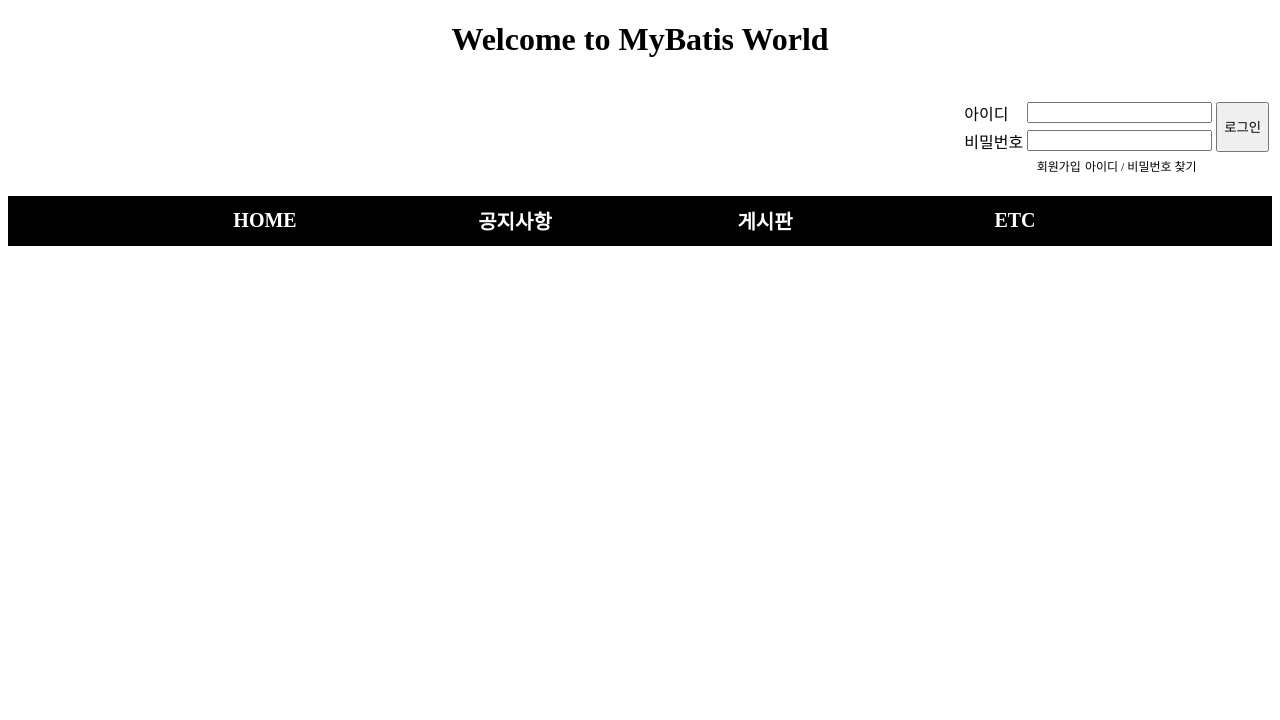
Repository: kimalbab/07_mybatis
Page: http://localhost/mybatisProject/enrollForm.me
An editor plug-in stored every save of this project. The page is shown before and after the next save, followed by the edit.
The browser window is 1280 px wide. The pictures show the whole page.
The page is served by Tomcat 9.

Above is the page before, as saved 2022-08-12 06:27:02.

After the next save:
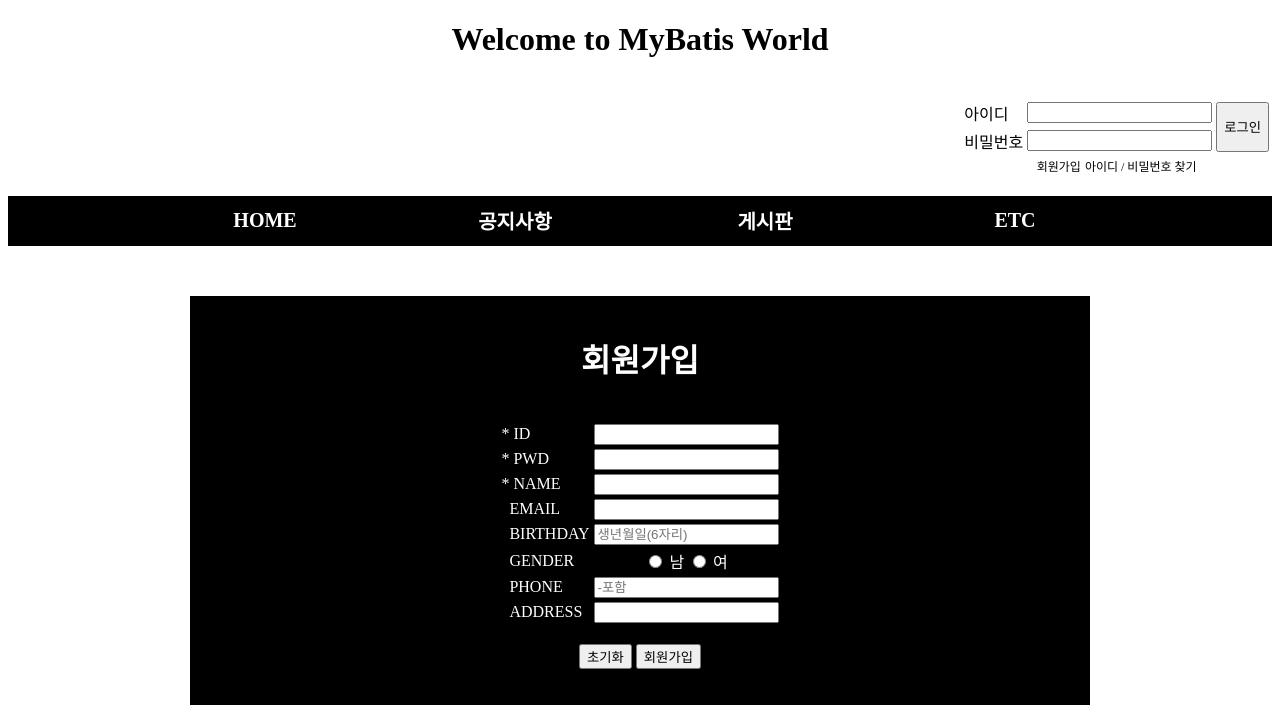
Saved 11 s later.
--- a/mybatisProject/src/main/webapp/WEB-INF/views/member/memberEnrollForm.jsp
+++ b/mybatisProject/src/main/webapp/WEB-INF/views/member/memberEnrollForm.jsp
@@ -10,7 +10,60 @@
 <body>
 
 	<jsp:include page="../common/menubar.jsp"></jsp:include>
+	<div class="outer">
+      <br>
+      <h1 align="center">회원가입</h1>
+      <br>
 
+      <form action="insert.me" method="post">
+
+         <table align="center">
+                <tr>
+                    <td>* ID</td>
+                    <td><input type="text" name="userId" required></td>
+                </tr>
+                <tr>
+                    <td>* PWD</td>
+                    <td><input type="password" name="userPwd" required></td>
+                </tr>
+                <tr>
+                    <td>* NAME</td>
+                    <td><input type="text" name="userName" required></td>
+                </tr>
+                <tr>
+                    <td>&nbsp;&nbsp;EMAIL</td>
+                    <td><input type="email" name="email"></td>
+                </tr>
+                <tr>
+                    <td>&nbsp;&nbsp;BIRTHDAY</td>
+                    <td><input type="text" name="birthday" placeholder="생년월일(6자리)"></td>
+                </tr>
+                <tr>
+                    <td>&nbsp;&nbsp;GENDER</td>
+                    <td align="center">
+                        <input type="radio" name="gender" value="M"> 남
+                        <input type="radio" name="gender" value="F"> 여
+                    </td>
+                </tr>
+                <tr>
+                    <td>&nbsp;&nbsp;PHONE</td>
+                    <td><input type="text" name="phone" placeholder="-포함"></td>
+                </tr>
+                <tr>
+                    <td>&nbsp;&nbsp;ADDRESS</td>
+                    <td><input type="text" name="address"></td>
+                </tr>
+            </table>
+            <br>
+            <div align="center">
+                <button type="reset">초기화</button>
+                <button type="submit">회원가입</button>
+            </div>
+
+      </form>
+
+      <br><br>
+   </div>
 
 
 </body>
